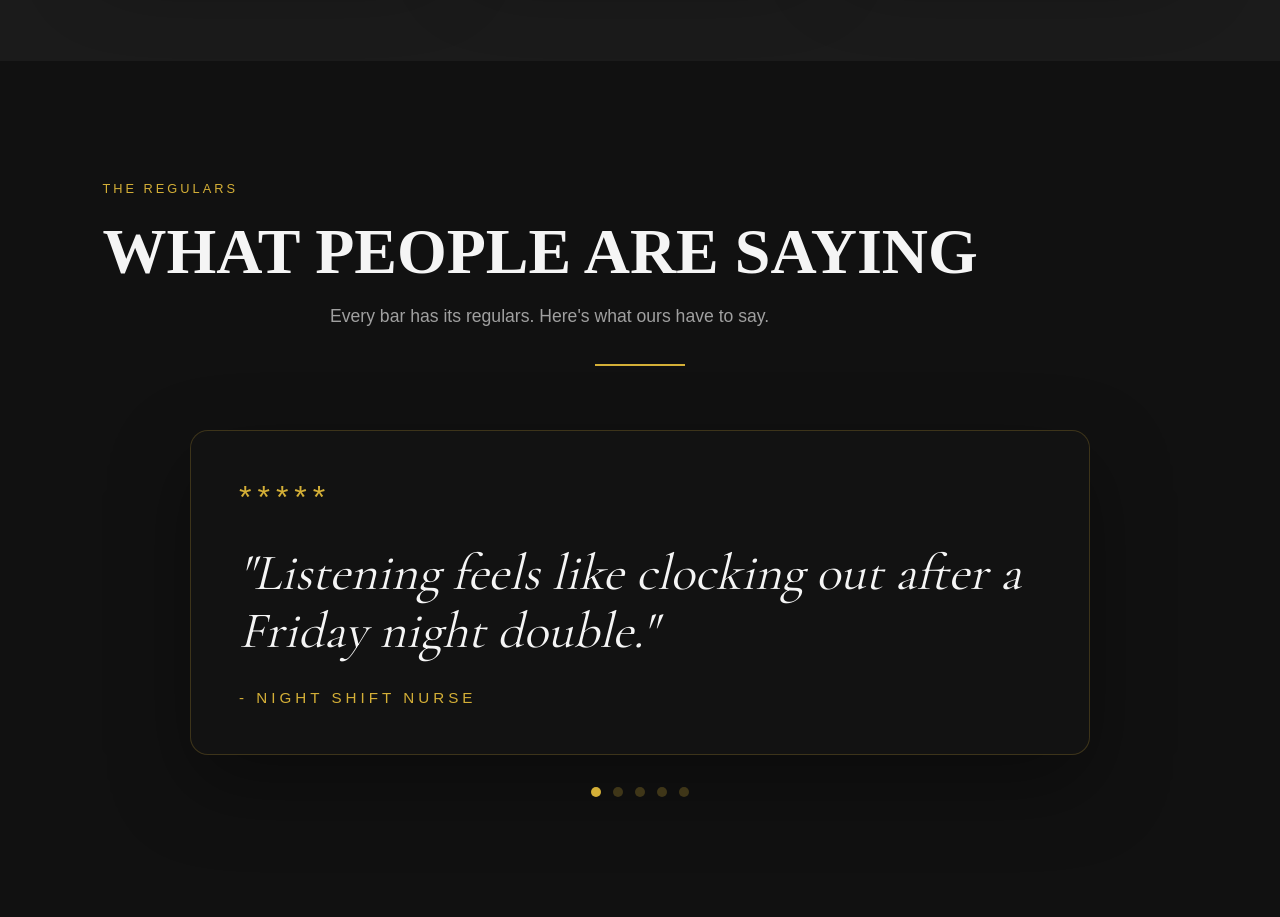
Repository: Gage-Codes/BarRot
Page: css/index.html
An editor plug-in stored every save of this project. The page is shown before and after the next save, followed by the edit.
The browser window is 1280 px wide. The pictures show the part of the page from y = 4442 to 5394 px (the page is 5359 px tall before and 5394 px after).

Above is the page before, as saved 2026-07-05 00:07:01.

After the next save:
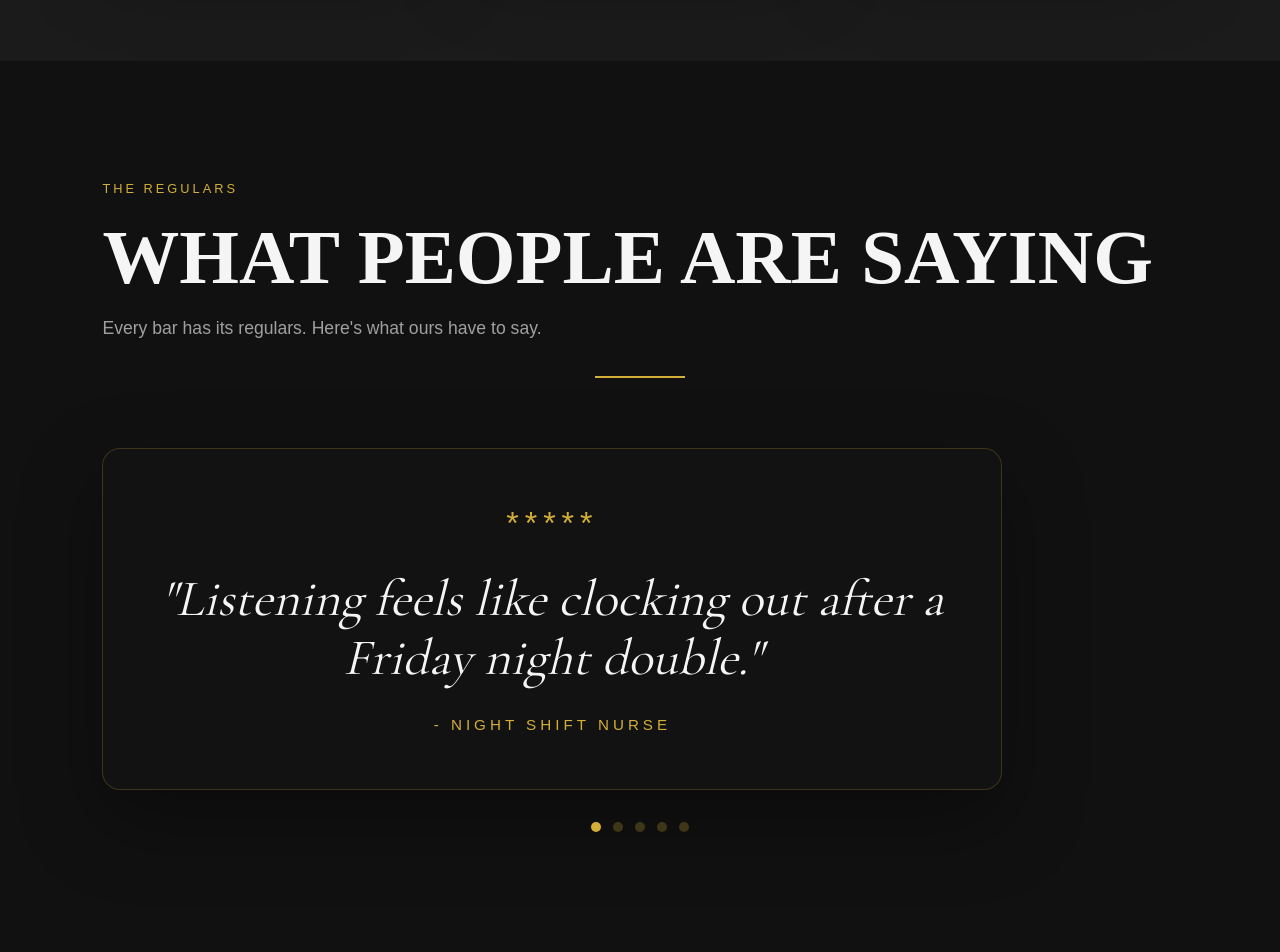
Saved 6 min 7 s later.
--- a/css/style.css
+++ b/css/style.css
@@ -516,31 +516,39 @@
     padding: 120px 8%;
     background: var(--background-color);
 }
+.section-label {
+    text-align: left;
+}
 .reviews-title {
     font-family: "Cinzel", serif;
-    font-size: clamp(2.8rem, 5vw, 5rem);
-    text-transform: uppercase;
-    line-height: 1;
+    font-size: clamp(3.5rem, 6vw, 5.8rem);
+    text-transform: uppercase;
+    text-align: left;
+    line-height: 1;
+    margin-top: 12px;
     margin-bottom: 18px;
 }
 .reviews-subtitle {
+    max-width: 600px;
     color: var(--gray);
     font-size: 1.1rem;
+    text-align: left;
     line-height: 1.7;
     max-width: 620px;
-    margin: 0 auto 32px;
+    margin-bottom: 32px;
 }
 #reviews .section-divider {
     margin: 0 auto 64px;
 }
 .review-card {
     max-width: 900px;
-    margin: 0 auto;
-    padding: 48px;
+    margin: 70px 0 auto;
+    padding: 56px;
     border: 1px solid rgba(212, 175, 55, 0.22);
     border-radius: 18px;
     background: rgba(20, 20, 20, 0.45);
     box-shadow: 0 30px 80px rgba(0, 0, 0, 0.35);
+    text-align: center;
 }
 .review-stars {
     color: var(--accent);
